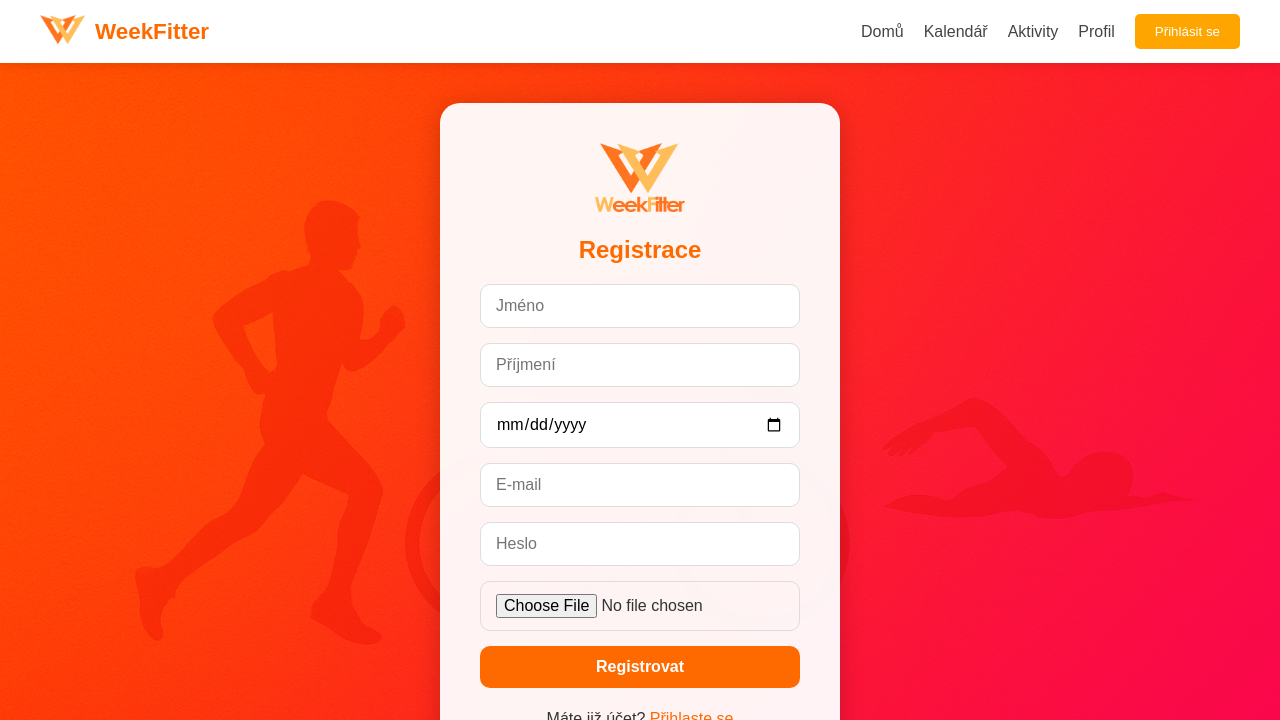
Repository: MatyasMandelicek/weekfitter-backend
Page: /register (app in weekfitter-frontend/)
These files come from the project's save history. The page is drawn as it stood at one moment and after the next save; the edit follows.
The browser window is 1280 px wide. The pictures show the whole page.
An inner scrolling area shows only its first screen. The project was rebuilt for these pictures with package versions that can differ from the ones it lists, and the page was loaded fresh each time. Also part of the build but not shown: weekfitter-frontend/src/styles/HomePage.css, weekfitter-frontend/src/pages/HomePage.js, weekfitter-frontend/src/styles/LoginPage.css, weekfitter-frontend/src/pages/LoginPage.js, weekfitter-frontend/src/styles/ActivityPage.css, weekfitter-frontend/src/pages/ActivityPage.js, weekfitter-frontend/src/pages/CalendarPage.js, weekfitter-frontend/src/components/ProtectedRoute.js and 2 more.

Above is the page before, as saved 2025-10-25 09:36:33.

After the next save:
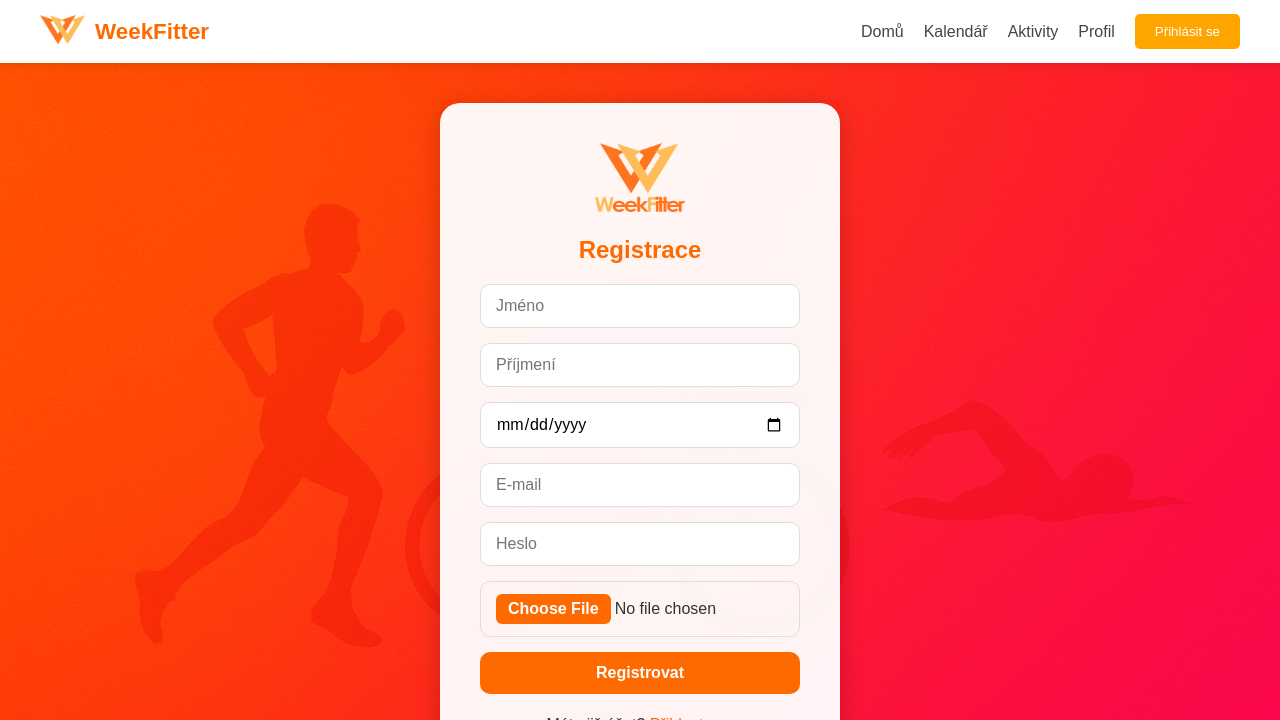
Saved 2 min 27 s later.
--- a/weekfitter-frontend/src/styles/CalendarPage.css
+++ b/weekfitter-frontend/src/styles/CalendarPage.css
@@ -12,8 +12,9 @@
   color: white;
 }
 
+/* --- Karta kalendáře --- */
 .calendar-card {
-  background-color: rgba(255, 255, 255, 0.95);
+  background-color: rgba(255, 255, 255, 0.97);
   color: #333;
   padding: 30px;
   border-radius: 20px;
@@ -21,14 +22,17 @@
   max-width: 1100px;
   width: 100%;
   text-align: center;
+  animation: fadeIn 0.5s ease-in-out;
 }
 
 .calendar-card h2 {
   color: #ff6a00;
   font-size: 2rem;
   margin-bottom: 20px;
-}
-
+  font-weight: 700;
+}
+
+/* --- Kalendář --- */
 .rbc-calendar {
   background: white;
   border-radius: 15px;
@@ -71,6 +75,11 @@
   font-weight: 600;
   padding: 2px 4px;
   border-radius: 8px;
+  transition: transform 0.2s ease;
+}
+
+.rbc-event:hover {
+  transform: scale(1.05);
 }
 
 .rbc-today {
@@ -81,6 +90,7 @@
   background-color: #f0f0f0;
 }
 
+/* --- Modal --- */
 .modal-overlay {
   position: fixed;
   top: 0;
@@ -92,6 +102,7 @@
   justify-content: center;
   align-items: center;
   z-index: 1000;
+  animation: fadeIn 0.3s ease-in-out;
 }
 
 .modal-content {
@@ -99,14 +110,18 @@
   color: #333;
   padding: 30px;
   border-radius: 15px;
-  width: 400px;
+  width: 450px;
+  max-height: 90vh;
+  overflow-y: auto;
   box-shadow: 0 5px 25px rgba(0, 0, 0, 0.3);
+  animation: slideUp 0.3s ease-in-out;
 }
 
 .modal-content h3 {
   color: #ff6a00;
   margin-bottom: 15px;
   text-align: center;
+  font-weight: 700;
 }
 
 .modal-content form {
@@ -121,12 +136,23 @@
   border: 1px solid #ccc;
   border-radius: 8px;
   padding: 8px;
-}
-
+  font-size: 0.95rem;
+  transition: border-color 0.2s ease;
+}
+
+.modal-content input:focus,
+.modal-content textarea:focus,
+.modal-content select:focus {
+  border-color: #ff6a00;
+  outline: none;
+}
+
+/* --- Tlačítka --- */
 .modal-buttons {
   display: flex;
   justify-content: space-between;
   margin-top: 15px;
+  gap: 10px;
 }
 
 .modal-content button {
@@ -136,20 +162,34 @@
   cursor: pointer;
   color: white;
   font-weight: 600;
+  transition: background-color 0.3s ease;
 }
 
 .modal-content button[type="submit"] {
   background-color: #ff6a00;
 }
 
+.modal-content button[type="submit"]:hover {
+  background-color: #ff8800;
+}
+
 .modal-content .delete-btn {
   background-color: #dc3545;
 }
 
+.modal-content .delete-btn:hover {
+  background-color: #c82333;
+}
+
 .modal-content .cancel-btn {
   background-color: #6c757d;
 }
 
+.modal-content .cancel-btn:hover {
+  background-color: #5a6268;
+}
+
+/* --- Legenda --- */
 .calendar-legend {
   display: flex;
   justify-content: center;
@@ -193,3 +233,74 @@
 .legend-color.other {
   background-color: #ff6a00;
 }
+
+/* --- Sportovní podokno --- */
+.sport-section {
+  margin-top: 15px;
+  background-color: rgba(255, 106, 0, 0.08);
+  border: 2px solid #ff6a00;
+  border-radius: 10px;
+  padding: 15px;
+  text-align: left;
+}
+
+.sport-section h4 {
+  color: #ff6a00;
+  font-size: 1.05rem;
+  font-weight: 700;
+  margin-bottom: 10px;
+}
+
+.sport-section label {
+  display: block;
+  font-weight: 600;
+  color: #333;
+  margin-top: 6px;
+}
+
+.sport-section input[type="number"],
+.sport-section input[type="file"],
+.sport-section textarea {
+  width: 100%;
+  padding: 8px;
+  border: 1px solid #ccc;
+  border-radius: 8px;
+  margin-top: 4px;
+  font-size: 0.95rem;
+}
+
+.sport-section input[type="file"] {
+  border: 1px dashed #ff6a00;
+  background-color: #fff7f0;
+  cursor: pointer;
+  transition: 0.3s;
+}
+
+.sport-section input[type="file"]:hover {
+  background-color: #ffe8d5;
+}
+
+input[type="file"]::-webkit-file-upload-button {
+  background: #ff6a00;
+  color: white;
+  border: none;
+  border-radius: 6px;
+  padding: 6px 12px;
+  cursor: pointer;
+  font-weight: 600;
+}
+
+input[type="file"]::-webkit-file-upload-button:hover {
+  background: #ff8800;
+}
+
+/* --- Animace --- */
+@keyframes fadeIn {
+  from { opacity: 0; }
+  to { opacity: 1; }
+}
+
+@keyframes slideUp {
+  from { transform: translateY(30px); opacity: 0; }
+  to { transform: translateY(0); opacity: 1; }
+}
